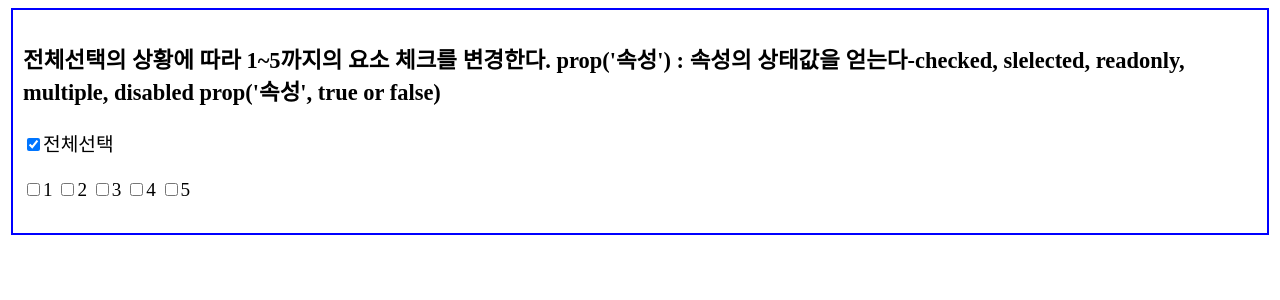
Repository: patternlobe-stack/MY_repository
Page: webpro/src/main/webapp/0916/prop메소드.html
These files come from the project's save history. The page is drawn as it stood at one moment and after the next save; the edit follows.
The browser window is 1280 px wide. The pictures show the whole page.
After loading, the first visible `#all` was changed once.

Above is the page before, as saved 2025-09-16 08:59:30.

After the next save:
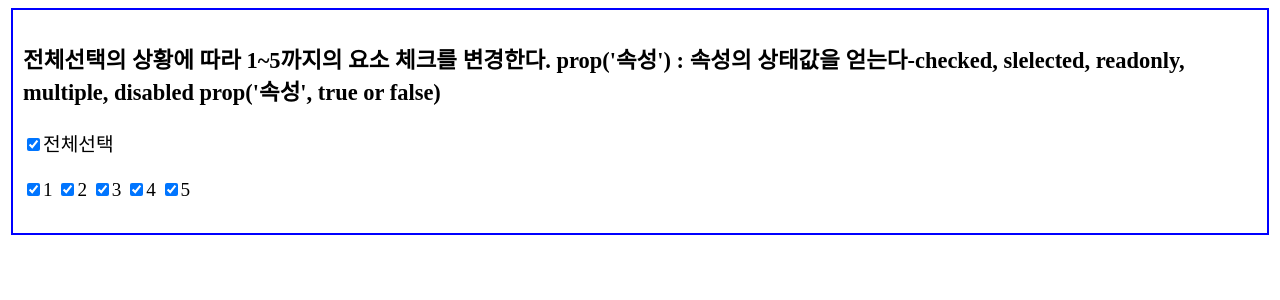
Saved 35 s later.
--- a/webpro/src/main/webapp/0916/prop메소드.html
+++ b/webpro/src/main/webapp/0916/prop메소드.html
@@ -18,6 +18,7 @@
 	res=$(this).prop('checked');
 
 	//res값이 ture/false 을 class=chk에 설정한다.
+	$('.chk').prop('checked',res);
 
 
 	})

After the save that followed:
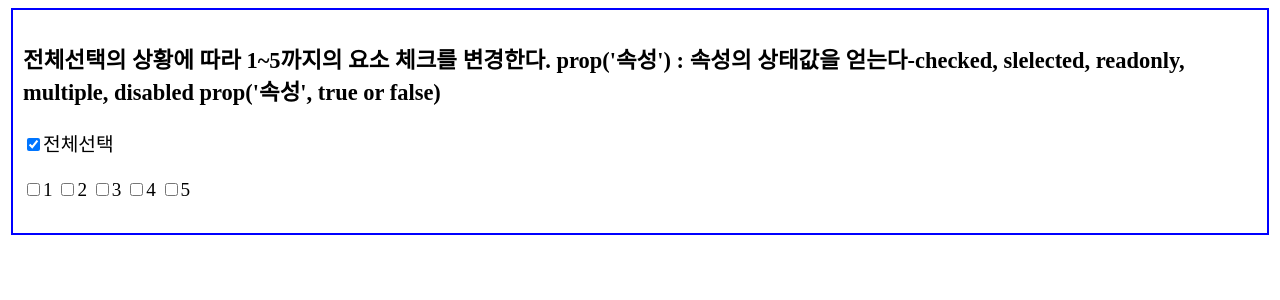
Saved 2 min 1 s later.
--- a/webpro/src/main/webapp/0916/prop메소드.html
+++ b/webpro/src/main/webapp/0916/prop메소드.html
@@ -15,10 +15,14 @@
 		//this : #all
 		//현재 요소 #all의 상태값을 -checked-가져온다
 
-	res=$(this).prop('checked');
+     /* 	res=$(this).prop('checked');
 
 	//res값이 ture/false 을 class=chk에 설정한다.
 	$('.chk').prop('checked',res);
+	 */
+
+		res=$(this).attr('checked');
+
 
 
 	})
